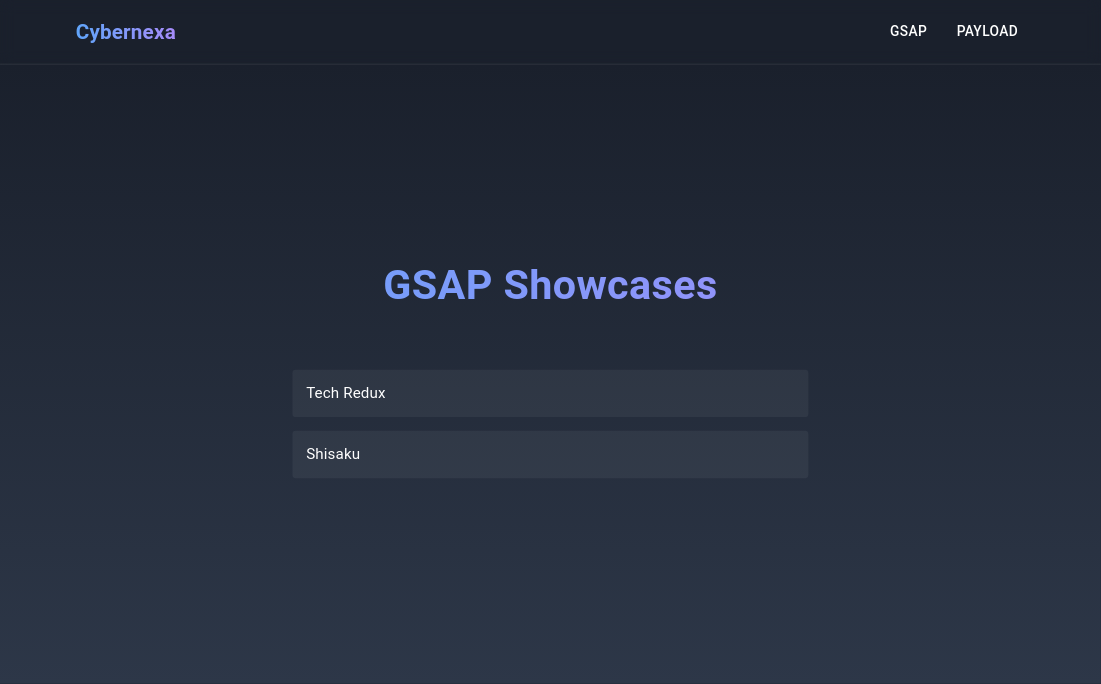
Repository: KovacsViktor/payloadcms-gsap-poc
Page: /gsap/example
These files come from the project's save history. The page is drawn as it stood at one moment and after the next save; the edit follows.
The browser window is 1280 px wide. The pictures show the whole page, at 86% of full size.
The project was rebuilt for these pictures with package versions that can differ from the ones it lists, and the page was loaded fresh each time. The framework's server and built-in components were replaced by stand-ins that run in the browser. Also part of the build but not shown: next.config.mjs, src/app/(frontend)/styles.css.

Above is the page before, as saved 2025-05-19 22:25:45.

### src/app/(frontend)/layout.tsx
import React from 'react'
import './styles.css'
import ThemeRegistry from '@/theme/ThemeRegistry'
import Header from './Header'

export const metadata = {
  description: 'A blank template using Payload in a Next.js app.',
  title: 'Payload Blank Template',
}

export default async function RootLayout(props: { children: React.ReactNode }) {
  const { children } = props

  return (
    <html lang="en">
      <body>
        <ThemeRegistry>
          <Header />
          <main>{children}</main>
        </ThemeRegistry>
      </body>
    </html>
  )
}

### src/app/(frontend)/gsap/example/page.tsx
import ExampleList from "./ExampleList";

export default function GSAPExamplePage() {
    return (
        <ExampleList />
    );
}

### src/theme/ThemeRegistry.tsx
'use client';

import { ThemeProvider, createTheme } from '@mui/material/styles';
import CssBaseline from '@mui/material/CssBaseline';
import { useEffect, useState } from 'react';

const theme = createTheme({
  palette: {
    mode: 'dark',
    primary: {
      main: '#60a5fa',
    },
    secondary: {
      main: '#a78bfa',
    },
    background: {
      default: '#1a202c',
      paper: '#2d3748',
    },
  },
  typography: {
    h1: {
      fontSize: '3rem',
      fontWeight: 'bold',
      background: 'linear-gradient(to right, #60a5fa, #a78bfa)',
      WebkitBackgroundClip: 'text',
      backgroundClip: 'text',
      color: 'transparent',
    },
    body1: {
      fontSize: '1.125rem',
      lineHeight: 1.75,
      color: '#e2e8f0',
    },
  },
  components: {
    MuiCssBaseline: {
      styleOverrides: {
        body: {
          scrollbarColor: "#6b6b6b #2b2b2b",
          "&::-webkit-scrollbar, & *::-webkit-scrollbar": {
            backgroundColor: "#2b2b2b",
          },
          "&::-webkit-scrollbar-thumb, & *::-webkit-scrollbar-thumb": {
            borderRadius: 8,
            backgroundColor: "#6b6b6b",
            minHeight: 24,
            border: "3px solid #2b2b2b",
          },
          "&::-webkit-scrollbar-thumb:focus, & *::-webkit-scrollbar-thumb:focus": {
            backgroundColor: "#959595",
          },
        },
      },
    },
  },
});

export default function ThemeRegistry({ children }: { children: React.ReactNode }) {
  const [mounted, setMounted] = useState(false);

  useEffect(() => {
    setMounted(true);
  }, []);

  if (!mounted) {
    return <>{children}</>;
  }

  return (
    <ThemeProvider theme={theme}>
      <CssBaseline />
      {children}
    </ThemeProvider>
  );
}

### src/app/(frontend)/Header.tsx
'use client';

import { styled } from '@mui/material/styles';
import {
  AppBar,
  Toolbar,
  Typography,
  Button,
  Box,
  Container,
} from '@mui/material';
import Link from 'next/link';

const StyledAppBar = styled(AppBar)(({ theme }) => ({
  background: 'transparent',
  boxShadow: 'none',
  borderBottom: `1px solid ${theme.palette.divider}`,
  backdropFilter: 'blur(8px)',
}));

const StyledToolbar = styled(Toolbar)(({ theme }) => ({
  display: 'flex',
  justifyContent: 'space-between',
  padding: theme.spacing(2, 0),
}));

const Logo = styled(Typography)(({ theme }) => ({
  fontSize: '1.5rem',
  fontWeight: 'bold',
  background: 'linear-gradient(to right, #60a5fa, #a78bfa)',
  WebkitBackgroundClip: 'text',
  backgroundClip: 'text',
  color: 'transparent',
  textDecoration: 'none',
}));

const NavButton = styled(Button)(({ theme }) => ({
  color: theme.palette.text.primary,
  fontSize: '1rem',
  marginLeft: theme.spacing(2),
  '&:hover': {
    background: 'rgba(255, 255, 255, 0.1)',
  },
}));

export default function Header() {
  return (
    <StyledAppBar position="sticky">
      <Container maxWidth="lg">
        <StyledToolbar>
          <Link href="/" style={{ textDecoration: 'none' }}>
            <Logo>
              Cybernexa
            </Logo>
          </Link>

          <Box>
            <Link href="/gsap" style={{ textDecoration: 'none' }}>
              <NavButton>
                GSAP
              </NavButton>
            </Link>

            <Link href="/payload" style={{ textDecoration: 'none' }}>
              <NavButton>
                Payload
              </NavButton>
            </Link>
          </Box>
        </StyledToolbar>
      </Container>
    </StyledAppBar>
  );
}

### src/app/(frontend)/gsap/example/ExampleList.tsx
'use client';

import { styled } from '@mui/material/styles';
import {
  Container,
  Typography,
  Box,
  Paper,
  TypographyProps,
  List,
  ListItem,
  ListItemButton,
  ListItemText,
} from '@mui/material';

const GradientBackground = styled(Box)(({ theme }) => ({
  minHeight: '100vh',
  background: `linear-gradient(to bottom, ${theme.palette.background.default}, ${theme.palette.background.paper})`,
  padding: theme.spacing(4),
  display: 'flex',
  alignItems: 'center',
}));

const ContentPaper = styled(Paper)(({ theme }) => ({
  padding: theme.spacing(4),
  background: 'transparent',
  boxShadow: 'none',
}));

const StyledTitle = styled(Typography)<TypographyProps>(({ theme }) => ({
  fontSize: '3rem',
  fontWeight: 'bold',
  textAlign: 'center',
  marginBottom: theme.spacing(6),
  background: 'linear-gradient(to right, #60a5fa, #a78bfa)',
  WebkitBackgroundClip: 'text',
  backgroundClip: 'text',
  color: 'transparent',
}));

const StyledList = styled(List)(({ theme }) => ({
  maxWidth: '600px',
  margin: '0 auto',
  '& .MuiListItemButton-root': {
    borderRadius: theme.shape.borderRadius,
    marginBottom: theme.spacing(2),
    background: 'rgba(255, 255, 255, 0.05)',
    transition: 'all 0.3s ease',
    '&:hover': {
      background: 'rgba(255, 255, 255, 0.1)',
      transform: 'translateX(10px)',
    },
  },
  '& .MuiListItemText-primary': {
    color: theme.palette.text.primary,
    fontSize: '1.1rem',
  },
}));

export default function ExampleList() {
  return (
    <GradientBackground>
      <Container maxWidth="lg">
        <ContentPaper>
          <StyledTitle component="h1">
            GSAP Showcases
          </StyledTitle>

          <StyledList>
            <ListItem disablePadding>
              <ListItemButton
                component="a"
                href="https://techredux.co/"
                target="_blank"
                rel="noopener noreferrer"
              >
                <ListItemText primary="Tech Redux" />
              </ListItemButton>
            </ListItem>

            <ListItem disablePadding>
              <ListItemButton
                component="a"
                href="https://www.spicerack-sr.com/shisaku/"
                target="_blank"
                rel="noopener noreferrer"
              >
                <ListItemText primary="Shisaku" />
              </ListItemButton>
            </ListItem>
          </StyledList>
        </ContentPaper>
      </Container>
    </GradientBackground>
  );
}

After the next save:
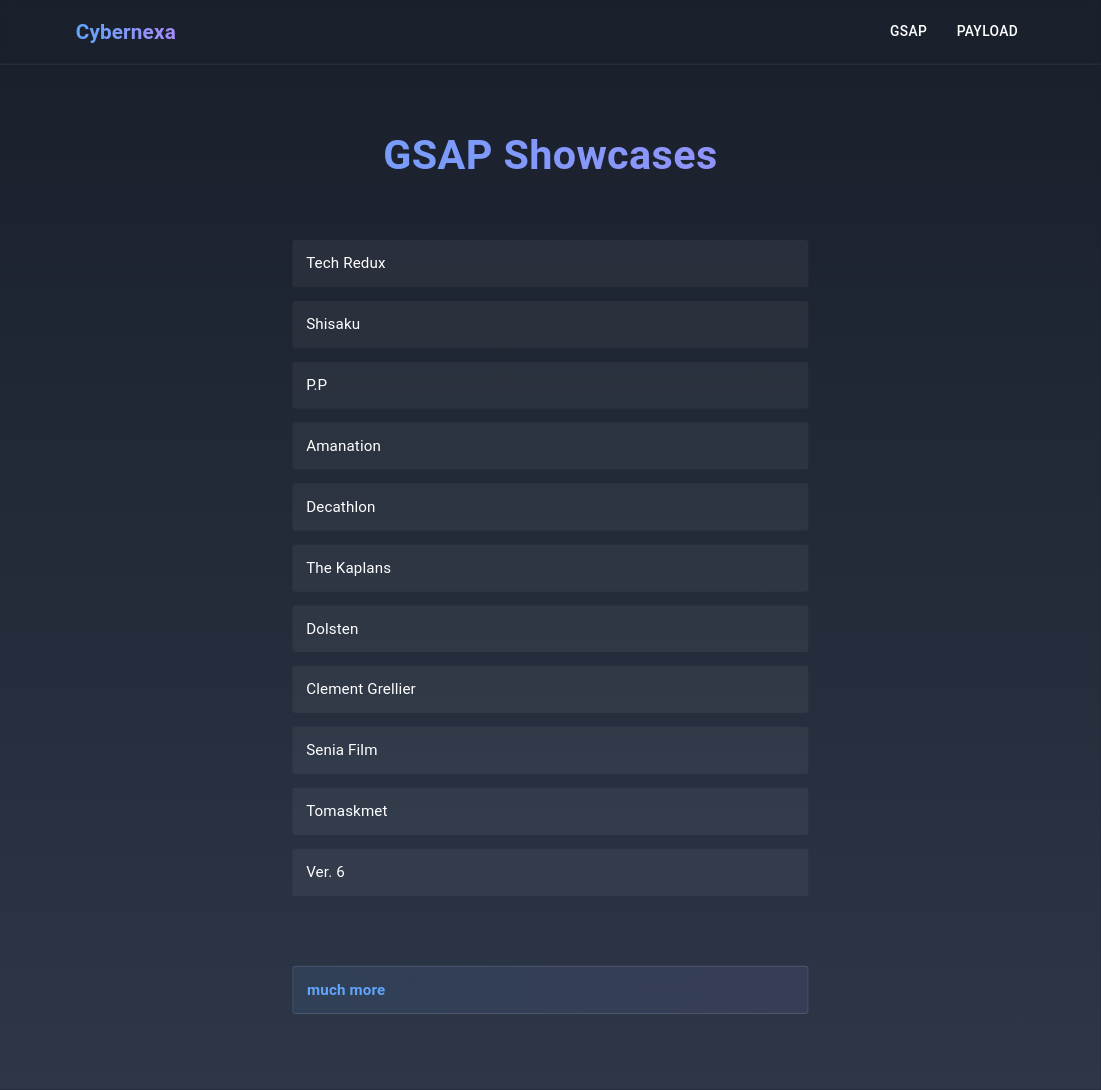
Saved 20 min 4 s later.
--- a/src/app/(frontend)/gsap/example/ExampleList.tsx
+++ b/src/app/(frontend)/gsap/example/ExampleList.tsx
@@ -11,6 +11,7 @@
   ListItem,
   ListItemButton,
   ListItemText,
+  Divider,
 } from '@mui/material';
 
 const GradientBackground = styled(Box)(({ theme }) => ({
@@ -57,6 +58,21 @@
   },
 }));
 
+const SpecialListItem = styled(ListItem)(({ theme }) => ({
+  marginTop: theme.spacing(4),
+  '& .MuiListItemButton-root': {
+    background: 'linear-gradient(to right, rgba(96, 165, 250, 0.1), rgba(167, 139, 250, 0.1))',
+    border: `1px solid ${theme.palette.divider}`,
+    '&:hover': {
+      background: 'linear-gradient(to right, rgba(96, 165, 250, 0.2), rgba(167, 139, 250, 0.2))',
+    },
+  },
+  '& .MuiListItemText-primary': {
+    color: theme.palette.primary.main,
+    fontWeight: 'bold',
+  },
+}));
+
 export default function ExampleList() {
   return (
     <GradientBackground>
@@ -88,6 +104,118 @@
                 <ListItemText primary="Shisaku" />
               </ListItemButton>
             </ListItem>
+
+            <ListItem disablePadding>
+              <ListItemButton
+                component="a"
+                href="https://pikipottery.com/"
+                target="_blank"
+                rel="noopener noreferrer"
+              >
+                <ListItemText primary="P.P" />
+              </ListItemButton>
+            </ListItem>
+
+            <ListItem disablePadding>
+              <ListItemButton
+                component="a"
+                href="https://www.amanation-official.com/"
+                target="_blank"
+                rel="noopener noreferrer"
+              >
+                <ListItemText primary="Amanation" />
+              </ListItemButton>
+            </ListItem>
+
+            <ListItem disablePadding>
+              <ListItemButton
+                component="a"
+                href="https://quechua-lookbook.com/ss25/"
+                target="_blank"
+                rel="noopener noreferrer"
+              >
+                <ListItemText primary="Decathlon" />
+              </ListItemButton>
+            </ListItem>
+
+            <ListItem disablePadding>
+              <ListItemButton
+                component="a"
+                href="https://www.thekaplans.studio/"
+                target="_blank"
+                rel="noopener noreferrer"
+              >
+                <ListItemText primary="The Kaplans" />
+              </ListItemButton>
+            </ListItem>
+
+            <ListItem disablePadding>
+              <ListItemButton
+                component="a"
+                href="https://www.dolsten.com/"
+                target="_blank"
+                rel="noopener noreferrer"
+              >
+                <ListItemText primary="Dolsten" />
+              </ListItemButton>
+            </ListItem>
+
+            <ListItem disablePadding>
+              <ListItemButton
+                component="a"
+                href="https://clementgrellier.fr/"
+                target="_blank"
+                rel="noopener noreferrer"
+              >
+                <ListItemText primary="Clement Grellier" />
+              </ListItemButton>
+            </ListItem>
+
+            <ListItem disablePadding>
+              <ListItemButton
+                component="a"
+                href="https://www.siena.film/"
+                target="_blank"
+                rel="noopener noreferrer"
+              >
+                <ListItemText primary="Senia Film" />
+              </ListItemButton>
+            </ListItem>
+
+            <ListItem disablePadding>
+              <ListItemButton
+                component="a"
+                href="https://www.tomaskmet.com/"
+                target="_blank"
+                rel="noopener noreferrer"
+              >
+                <ListItemText primary="Tomaskmet" />
+              </ListItemButton>
+            </ListItem>
+
+            <ListItem disablePadding>
+              <ListItemButton
+                component="a"
+                href="https://v6.usestate.org/"
+                target="_blank"
+                rel="noopener noreferrer"
+              >
+                <ListItemText primary="Ver. 6" />
+              </ListItemButton>
+            </ListItem>
+
+            <Divider sx={{ my: 4, opacity: 0.2 }} />
+
+            <SpecialListItem disablePadding>
+              <ListItemButton
+                component="a"
+                href="https://gsap.com/showcase"
+                target="_blank"
+                rel="noopener noreferrer"
+              >
+                <ListItemText primary="much more" />
+              </ListItemButton>
+            </SpecialListItem>
           </StyledList>
         </ContentPaper>
       </Container>
